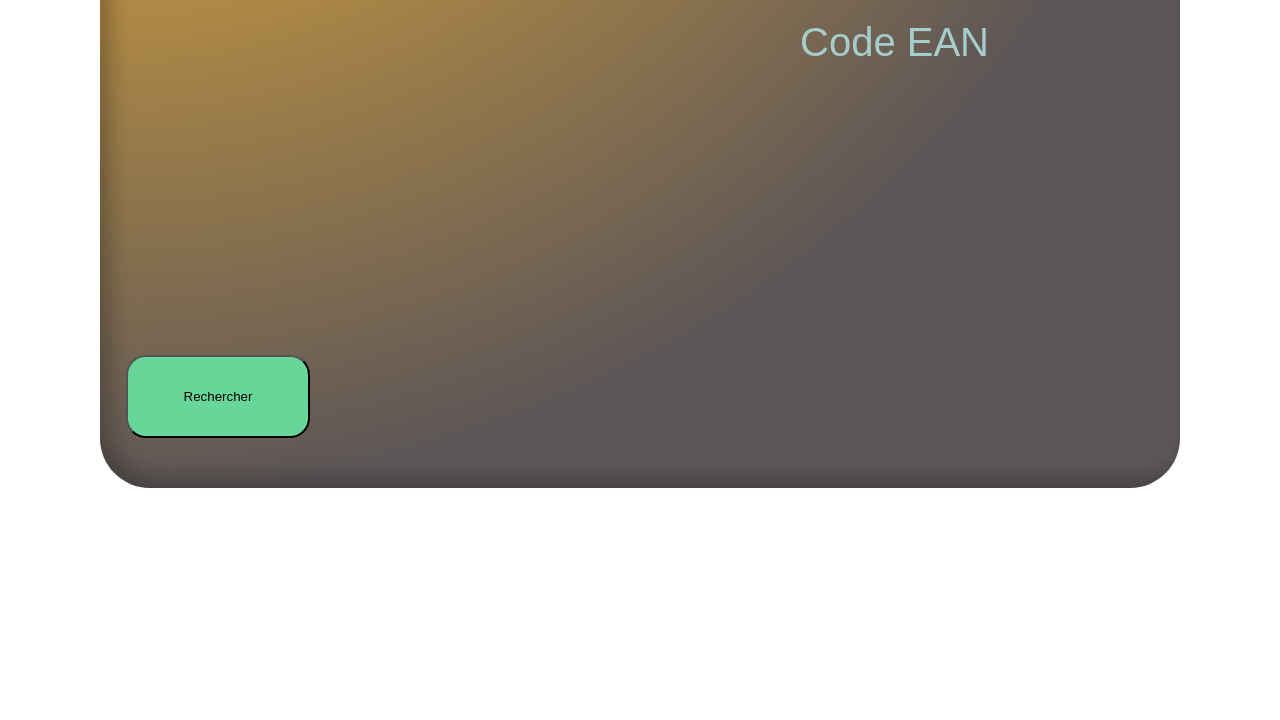
Repository: Zouz01/exo-toucan
Page: index.html
These files come from the project's save history. The page is drawn as it stood at one moment and after the next save; the edit follows.
The browser window is 1280 px wide. The pictures show the whole page.

Above is the page before, as saved 2023-09-21 11:39:33.

### index.html
<!DOCTYPE html>
<html lang="fr">
<head>
    <meta charset="UTF-8">
    <meta name="viewport" content="width=device-width, initial-scale=1">
    <title>TOUCAN API</title>
    <link rel="stylesheet" type="text/css" href="main.css">
</head>
<body>
    <div class="container">
        <!-- Formulaire de recherche -->
        <form id="product-form" action="https://fr.openfoodfacts.org/api/v0/product/<<code_EAN_13>>" method="POST">
            <label for="code_ean">Code EAN </label>
            <input type="text" id="code_ean" name="code_ean" placeholder="Entrez le code EAN ici"><!-- Champ de saisie du code EAN -->
            <button type="submit" id="submit">Rechercher</button> <!-- Bouton de soumission du formulaire -->
        </form>

        <!-- Conteneur pour l'affichage de l'image et des informations -->
        <div><img id="img"></div>
        <div id="product-info"></div>
    </div>

    <!-- Inclusion du script JavaScript -->
    <script src="main.js"></script>
</body>
</html>

### main.css
body {
    font-family: Arial, sans-serif;




    display: flex; /* Utilisation de Flexbox pour centrer le contenu */
    justify-content: center; /* Centre horizontalement */
    align-items: center; /* Centre verticalement */

}

.container {
    width: 428px;
    height: 926px;
   position: fixed;
    text-align: center;

    background: radial-gradient(100% 100% at 0% 0%, #FFBA33 0%, #5e5757 100%);
   /* background: radial-gradient(100% 100% at 0% 0%, #A6A6A6 0.46%, #000000 78.06%);
    background: linear-gradient(167.94deg, #7AA77E 0%, #476F72 100%);*/

    opacity: 1.8;
    box-shadow: inset 10px -10px 20px rgba(0, 0, 0, 0.25);
    border-radius: 50px;
}

/* position ecriture label*/
label {

    top: 20px;
    font-size: 40px;
    color: rgb(167, 204, 204);
   left: 120px;
    position :fixed;



}
/*position img*/
#img {
    position: relative;
   border-radius: 20px;
   width: 20%;
   top: 600px;
}

/*position retour d'information produit*/
 #product-info {
    position: absolute;
    padding: 20px;
    color:rgb(171, 221, 205);
    top: 100px;

 }
h2 {
    font-size: xx-large;
    color: #7af3b1;
}
p{
    font-size: larger ;
}

/* Champ de saisie pour entrer le code EAN */
#code_ean {
    position: absolute;
   border-radius: 20px;
    width: 382px;
    height: 38px;
   right:24px ;
    top: 80px;
    font-family: 'Montserrat';
font-style: normal;
font-weight: 500;
font-size: 25px;
line-height: 30px;
text-align: center;

color: #0f0d0d;



}

/* Bouton de recherche */
button[type="submit"] {
    position: absolute;
    width: 144px;
    height: 63px;
  background-color: #67d699;
    bottom: 50px;
    border-radius: 20px;
    right: 145px;



}




/* styles pour les écrans plus grands */
@media (min-width: 900px) {
     .container {
        width: 1080px;
        height: 960px;
     }
        button[type="submit"] {
            position: absolute;
    width: 184px;
    height: 83px;
  background-color: #67d699;
    bottom: 50px;
    border-radius: 20px;
    right: 870px;
        }
        #code_ean {
            position: absolute;
           border-radius: 20px;
            width: 1382px;
            height: 68px;
           right:15% ;
            top: 80px;
            font-family: 'Montserrat';
        font-style: normal;
        font-weight: 500;
        font-size: 25px;
        line-height: 30px;
        text-align: center;
        color: #0f0d0d;

 }
 label {

    top: 20px;
    font-size: 40px;
    color: rgb(167, 204, 204);
   left: 800px;
    position :fixed;

}
#product-info {
    position: absolute;
    padding: 50px;
    color:rgb(171, 221, 205);
    top: 200px;
    left: 30%;

 }
 #img {
    position: relative;
   border-radius: 20px;
   max-width: 20%;
   max-height: 10%;
   top: 230px;
   right: 30%;
}
h2 {
    font-size: 50px;
    color: aqua;
}
p{
    font-size: 30px ;
}
}

### main.js
const form = document.querySelector("#product-form"); //Interagit avec  HTML avec l'id "product-form"
const code_ean = document.querySelector("#code_ean"); //Interagit avec  HTML  avec l'id "code_ean"
const productInfo = document.querySelector("#product-info"); //Interagit avec  HTML avec l'id "les informations produits"
const img = document.querySelector("#img");  //Interagit avec  HTML avec l'id "les images"
const submit = document.querySelector("#submit");  //Interagit avec  HTML avec l'id "Boutton envoi"


submit.addEventListener("click", (e) => { // Ecouteur d'événement sur le bouton d'envoi qui écoute un événement de clic
    e.preventDefault();

    // validation du code
    if (code_ean.value.length !== 13) {
        alert("Le code EAN doit contenir 13 chiffres.");// Le script vérifie si la valeur du champ de saisie du code EAN comporte 13 caractères
        return;                                         // Sinon, il affiche une alerte indiquant que le code EAN doit contenir 13 chiffres.
    }else

// Si code correct alors ...
    // Récupére les informations du produit depuis l'API
    fetch("https://fr.openfoodfacts.org/api/v0/product/" + code_ean.value) //Méthode pour envoyer une requête GET à l'API
        .then((reponse) => reponse.json())   //  Convertit  la réponse de l'API en JSON
        .then((data) => {                    //  Pour accéder aux données.
            let product = data.product;
            img.src = product.image_url;


             //Affiche les informations sur le produit, ( avec innerHTML on definila source de l'éléments)
             productInfo.innerHTML =`
             <h2><b>Nom</b> : ${product.abbreviated_product_name}</h2>
             <p><b>Marque</b> : ${product.brands}</p>
             <p><b>Catégorie</b> : ${product.categories}</p>
             <p><b>Ingrédients</b> : ${product.ingredients_text}</p>`
             console.log (data)
        }); // ${} veut dire interpreter

});

   /*fecht veut dire aller chercher*/

After the next save:
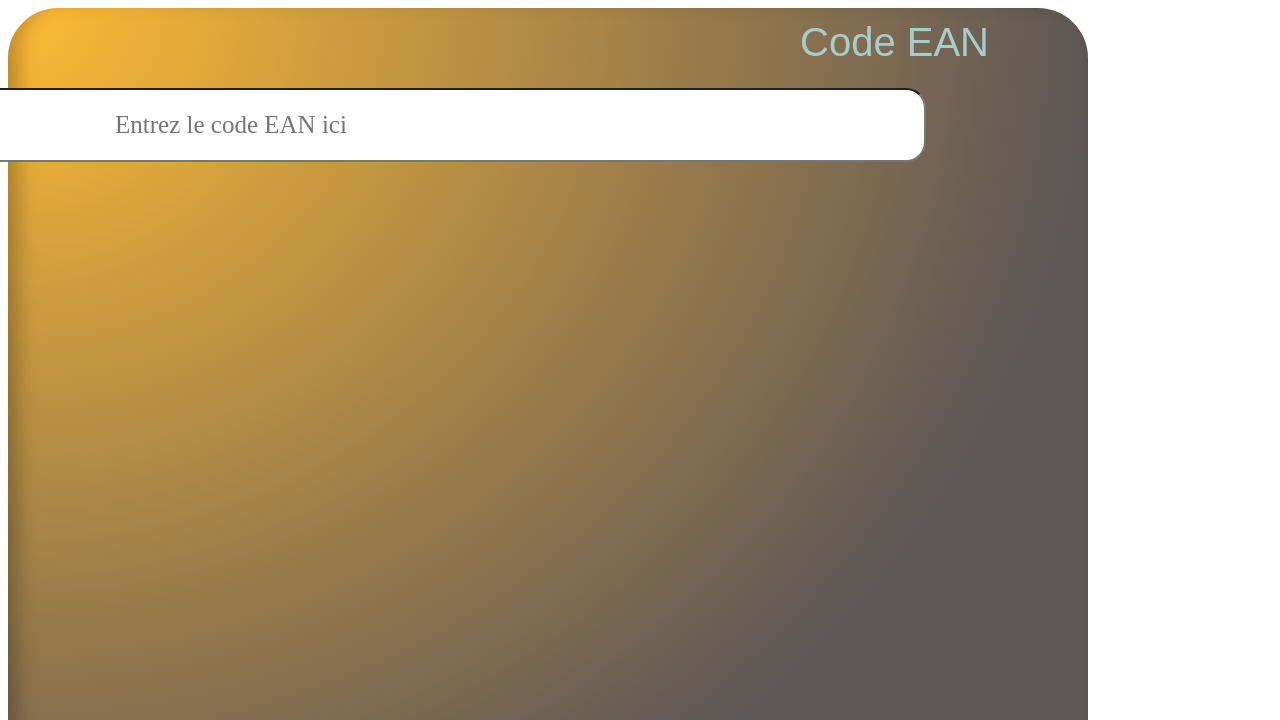
Saved 5 s later.
--- a/main.css
+++ b/main.css
@@ -4,7 +4,7 @@
 
 
 
-    display: flex; /* Utilisation de Flexbox pour centrer le contenu */
+
     justify-content: center; /* Centre horizontalement */
     align-items: center; /* Centre verticalement */
 

After the save that followed:
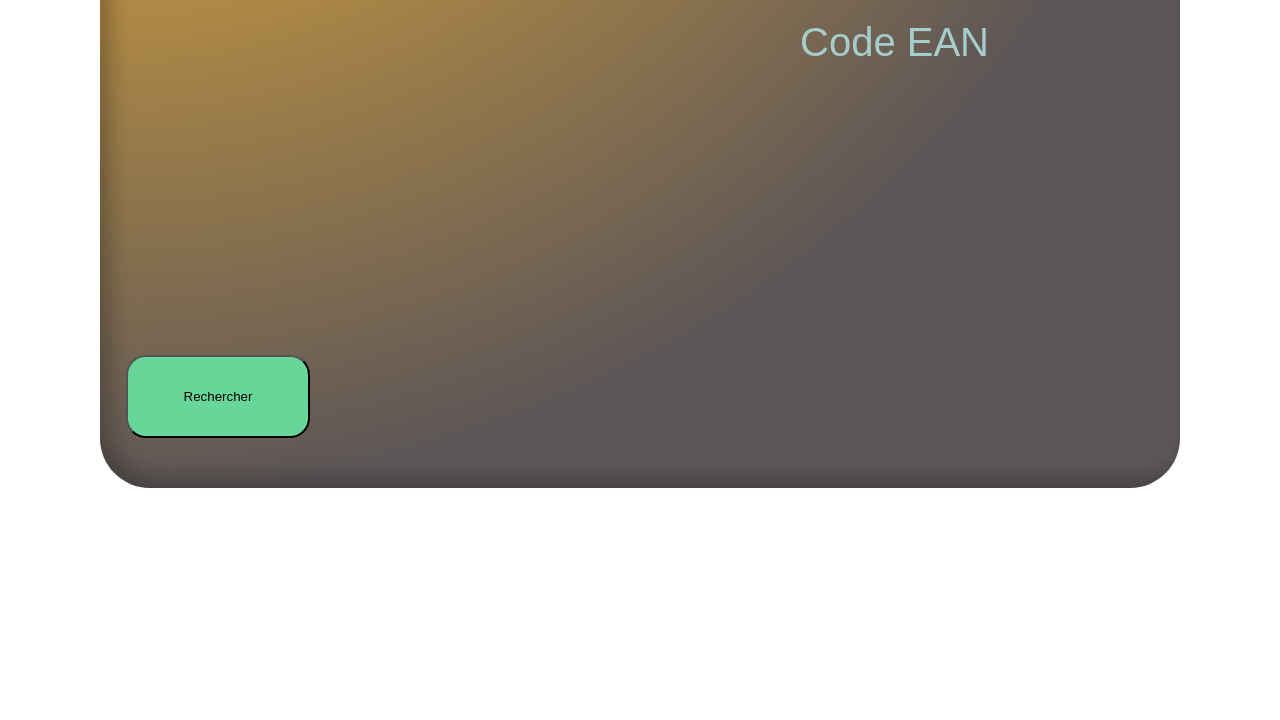
Saved 14 s later.
--- a/main.css
+++ b/main.css
@@ -4,7 +4,7 @@
 
 
 
-
+    display: flex; /* Utilisation de Flexbox pour centrer le contenu */
     justify-content: center; /* Centre horizontalement */
     align-items: center; /* Centre verticalement */
 
